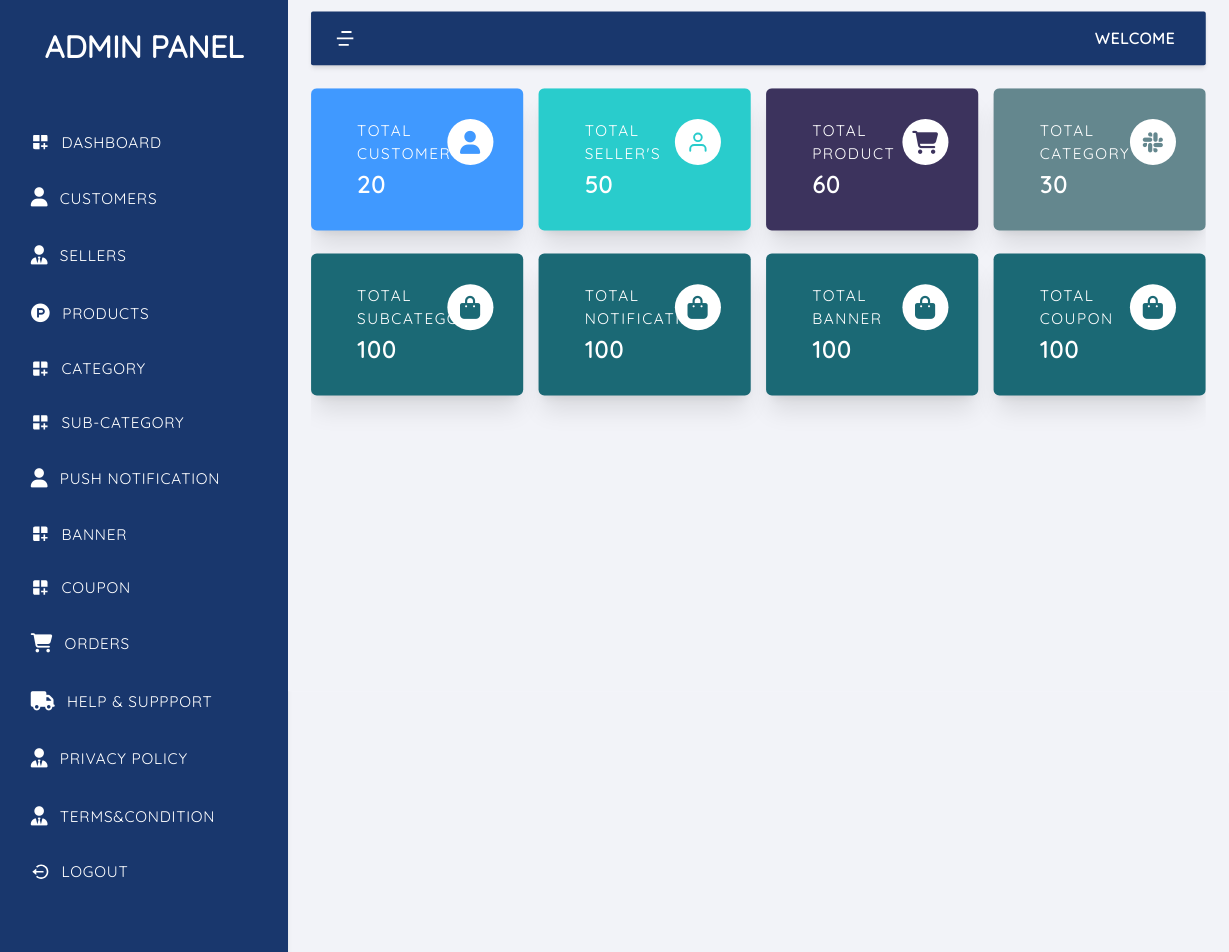
Repository: shishpal2000/admin.aschpro
Page: /dashboard
An editor plug-in stored every save of this project. The page is shown before and after a run of saves, followed by the edit.
The browser window is 1280 px wide. The pictures show the whole page, at 96% of full size.
Some web libraries are served in a nearby version. The project was rebuilt for these pictures with package versions that can differ from the ones it lists, and the page was loaded fresh each time. Also part of the build but not shown: src/E-CommerceAdmin/forms/Login.jsx, src/E-CommerceAdmin/pages/ECategory.js, src/E-CommerceAdmin/pages/EProduct.js, src/E-CommerceAdmin/pages/EVendorList.js, src/E-CommerceAdmin/pages/EAdminOrders.js, src/E-CommerceAdmin/pages/EAdminDelivery.js, src/E-CommerceAdmin/pages/EAdminCustomer.js, src/E-CommerceAdmin/pages/ESubCategory.js and 6 more. Imported but missing from the stored project, and not drawn on this page: src/E-CommerceAdmin/pages/Complaints, src/E-CommerceAdmin/pages/Component/SpinnerComp, src/E-CommerceAdmin/pages/EAdmin, src/E-CommerceAdmin/pages/EAdminProduct, src/E-CommerceAdmin/pages/ESingleProduct, src/E-CommerceAdmin/pages/GetMeThis, src/E-CommerceAdmin/pages/HelpSupport.

Above is the page before, as saved 2023-06-28 18:02:26.

### public/index.html
<!-- @format -->

<!DOCTYPE html>
<html lang="en">
  <head>
    <meta charset="utf-8" />
    <meta name="viewport" content="width=device-width, initial-scale=1" />
    <meta name="theme-color" content="#000000" />
    <meta
      name="description"
      content="Web site created using create-react-app"
    />
    <link rel="icon" href="%PUBLIC_URL%/favicon.png" />
    <link rel="manifest" href="%PUBLIC_URL%/manifest.json" />
    <link rel="preconnect" href="https://fonts.googleapis.com" />
    <link rel="preconnect" href="https://fonts.gstatic.com" crossorigin />
    <link
      href="https://fonts.googleapis.com/css2?family=Roboto+Mono:ital,wght@1,300&display=swap"
      rel="stylesheet"
    />
    <link rel="preconnect" href="https://fonts.googleapis.com">
<link rel="preconnect" href="https://fonts.gstatic.com" crossorigin>
<link href="https://fonts.googleapis.com/css2?family=Quicksand&display=swap" rel="stylesheet">
    <title>Subharambh</title>
  </head>
  <body>
    <noscript>You need to enable JavaScript to run this app.</noscript>
    <div id="root"></div>
    <script src="https://code.jquery.com/jquery-3.6.0.min.js"></script>
    <script
      src="https://kit.fontawesome.com/b533b351e4.js"
      crossorigin="anonymous"
    ></script>
    <script
      type="module"
      src="https://unpkg.com/ionicons@7.1.0/dist/ionicons/ionicons.esm.js"
    ></script>
    <script
      nomodule
      src="https://unpkg.com/ionicons@7.1.0/dist/ionicons/ionicons.js"
    ></script>
  </body>
</html>

### src/index.js
import React from "react";
import ReactDOM from "react-dom/client";
import "./index.css";
import App from "./App";
import { BrowserRouter } from "react-router-dom";
import 'bootstrap/dist/css/bootstrap.min.css'

const root = ReactDOM.createRoot(document.getElementById("root"));
root.render(
  <React.StrictMode>
    <BrowserRouter>
      <App />
    </BrowserRouter>
  </React.StrictMode>
);

### src/index.css
/** @format */

@tailwind base;
@tailwind components;
@tailwind utilities;

@import url("https://fonts.googleapis.com/css2?family=Roboto+Mono:ital,wght@1,300&display=swap");
@font-face {
  font-family: Roboto;
  src: url("./Fonts/Poppins-LightItalic.ttf");
}

body {
  margin: 0;
  font-family: Quicksand !important;
  -webkit-font-smoothing: antialiased;
  -moz-osx-font-smoothing: grayscale;
}

code {
  font-family: Quicksand !important;
}

html {
  font-family: Quicksand !important;
}

::-webkit-scrollbar {
  width: 10px;
}
.fa-trash {
  color: red;
  cursor: pointer;
}

.iCOn {
  transition: 0.5s;
  box-shadow: none;
  transform: scale(1);
}
.cardDiv {
  cursor: pointer;
}

.cardDiv:hover .iCOn {
  box-shadow: rgba(0, 0, 0, 0.35) 0px 5px 15px;
  transform: scale(1.3);
}

/* Track */
::-webkit-scrollbar-track {
  background: #f1f1f1;
}

/* Handle */
::-webkit-scrollbar-thumb {
  background: #888;
}

/* Handle on hover */
::-webkit-scrollbar-thumb:hover {
  background: #555;
}
.profileImage {
  width: 100px;
}
.fa-eye {
  color: #029aff;
  cursor: pointer;
}
.fa-edit {
  cursor: pointer;
  color: blue;
}

.View {
  border: 1px solid black;
  width: 100%;
  padding: 10px;
}

.main-card--container {
  display: grid;
  grid-template-columns: repeat(3, minmax(300px, 500px));
  grid-gap: 50px;
  justify-content: space-around;
}
.card-container {
  margin: 25px 0 auto;
  box-shadow: rgba(0, 0, 0, 0.35) 0px 5px 15px;
  position: relative;
  display: grid;
  grid-template-columns: 1fr;
  justify-content: space-around;
  align-items: flex-start;
}

.myEdit:focus {
  box-shadow: rgba(0, 0, 0, 0.35) 0px 5px 15px;
}

.AstroLogin {
  color: #fff;
  background-color: #2b7a8e;
  padding: 10px;
  width: 380px;
  text-align: center;
  font-size: 20px;
  background: linear-gradient(to left, #2b7a8e 50%, #fff 50%) right;
  background-size: 200%;
  transition: 0.5s ease-out;
  border: 1px solid #2b7a8e;
  margin-top: 10px;
  text-transform: uppercase;
}
.AstroLogin:hover {
  background-position: left;
  color: #2b7a8e;
}

.EcommerceAdminLogin {
  color: #fff;
  background-color: #19376d;
  padding: 10px;
  width: 380px;
  text-align: center;
  font-size: 20px;
  background: linear-gradient(to left, #19376d 50%, #fff 50%) right;
  background-size: 200%;
  transition: 0.5s ease-out;
  border: 1px solid #19376d;
  margin-top: 10px;
  text-transform: uppercase;
}

.EcommerceAdminLogin:hover {
  background-position: left;
  color: #19376d;
}
.EcommerceVendorLogin {
  color: #fff;
  background-color: #576cbc;
  padding: 10px;
  width: 380px;
  text-align: center;
  font-size: 20px;
  background: linear-gradient(to left, #576cbc 50%, #fff 50%) right;
  background-size: 200%;
  transition: 0.5s ease-out;
  border: 1px solid #576cbc;
  margin-top: 10px;
  text-transform: uppercase;
}

.EcommerceVendorLogin:hover {
  background-position: left;
  color: #576cbc;
}

.view {
  background-color: #2196f3;
  color: #fff;
  width: 50%;
  padding: 5px;
}

.two-sec {
  display: flex;
  justify-content: space-evenly;
  justify-content: space-evenly;
}
.two-sec .left {
  width: 60%;
  background-color: #f6f1ef;
  padding: 20px;
}
.two-sec .left .head {
  font-size: 25px;
  font-weight: bold;
}

.two-sec .right {
  width: 30%;
  background-color: #f6f1ef;
}

.searchDiv {
  width: 100%;
  display: flex;
  gap: 10px;
  border: 1px solid rgb(179, 179, 179);
  padding: 10px;
  margin-bottom: 20px;
  align-items: center;
}
.searchDiv input {
  width: 94%;
  outline: none;
  border: none;
}

.flexCont {
  display: flex;
  align-items: center;
  gap: 10px;
}
.flexCont img {
  width: 60px;
  background-color: #e9ecef;
}

.blockContent {
  display: block;
}
.blockContent p {
  margin: 0;
}

.checkBox {
  width: 50px;
  height: 25px;
  background-color: #e9ecef;
  border-radius: 50px;
  position: relative;
  cursor: pointer;
}
.checkBox span {
  width: 20px;
  height: 20px;
  border-radius: 100%;
  background-color: #fff;
  position: absolute;
  left: 5px;
  top: 2px;
}
.ActivecheckBox {
  width: 50px;
  height: 25px;
  background-color: #0d6efd;
  border-radius: 50px;
  position: relative;
  cursor: pointer;
}
.ActivecheckBox span {
  width: 20px;
  height: 20px;
  border-radius: 100%;
  background-color: #fff;
  position: absolute;
  right: 5px;
  top: 2px;
}

.fa-eye {
  color: #0cba73;
  text-align: center;
}

.fa-pen-to-square {
  color: #f4c39c;
  text-align: center;
  cursor: pointer;
}
.fa-trash {
  color: #df939f;
  text-align: center;
}

.required {
  color: #e74260;
}

.headP {
  margin-left: 2%;
  color: #7b7c7d;
}
.headP a{
  color: #7b7c7d;
}
.filterBox {
  display: flex;
  align-items: center;
  gap: 10px;
  border-bottom: 1px solid #d4d7dc;
  padding-bottom: 20px;
  margin-bottom: 20px;
}
.filterBox img {
  width: 30px;
}
.filterBox input {
  width: 100%;
  border: 1px solid #d4d7dc;
  outline: none;
  padding: 5px;
  color: black;
}
.sectionCont {
  width: 98%;
  background-color: #fff;
  margin-left: 2%;
  padding: 20px;
}

.overFlowCont {
  width: 100%;
  overflow-x: auto;
}

.logo {
  width: auto;
  margin-bottom: 20px;
}

.updateProfile {
  margin-left: 20px;
  border: 1px solid #fff;
  border-radius: 100%;
  font-size: 1.2rem;
  padding: 10px;
  transition: 0.5s;
  cursor: pointer;
}
.updateProfile:hover {
  border: 1px solid #19376d;
  color: #19376d;
  background-color: #fff;
}

.Normalbtn {
  background-color: #19376d !important;
  border: 1px solid #19376d !important;
  border-radius: 0px !important;
}

.ImageCarousel {
  width: 150px !important;
  margin: 0px !important;
  height: 150px !important;
}
.CarouselImages {
  width: 150px !important;
  height: 150px !important;
}
.CarouselImages img {
  width: 100% !important;
  height: 100% !important;
}

.ModalCarousel {
  width: 100% !important;
  height: 500px !important;
}
.ModalCarousel {
  width: 100% !important;
  height: 500px !important;
}
.ModalCarousel img {
  width: 100% !important;
  height: 500px !important;
}

.gridCont {
  display: grid;
  grid-template-columns: auto auto auto;
  justify-content: space-evenly;
}
.gridCont div {
  width: 400px;
  height: 100%;
  box-shadow: rgba(0, 0, 0, 0.35) 0px 5px 15px;
  padding: 10px;
  margin-top: 20px;
  display: flex;
  justify-content: space-between;
  flex-direction: column;
}
.gridCont div img {
  width: 100%;
}
.delete-Btn {
  width: 90%;
  margin-left: 5%;
  color: #c44b3f;
  border: 1px solid #c44b3f;
  transition: 0.5s;
  padding: 10px;

}

.delete-Btn:hover {
  background-color: #c44b3f;
  color: #fff;
}

.BannerCarousel {
  width: 300px;
  margin: 0px !important;
}
.BannerCarouselImage {
  width: 300px;
}
.BannerCarouselImage img {
  width: 100%;
}

.pagination {
  display: flex;
  justify-content: center;
  align-items: center;
  gap: 10px;
  margin-bottom: 20px;
}
.pagination button {
  border: 1px solid black;
  padding: 10px;
}

.activePage {
  background-color: #19376d;
  color: #fff;
  border: 1px solid #19376d !important;
}

.active {
  background-color: #fff;
  color: #19376d !important;
}
.prevBtn {
  background-color: #fff;
  color: #19376d;
  border: 1px solid #19376d !important;
  transition: 0.5s;
}

.prevBtn:hover,
.prevBtn:focus,
.prevBtn:active {
  background-color: #19376d;
  color: #fff;
  border: 1px solid #19376d !important;
}
.nextBtn {
  background-color: #fff;
  color: #19376d;
  border: 1px solid #19376d !important;
  transition: 0.5s;
}

.nextBtn:hover,
.nextBtn:focus,
.nextBtn:active {
  background-color: #19376d;
  color: #fff;
  border: 1px solid #19376d !important;
}

.dangerBox {
  position: relative;
}
.dangerBox i {
  position: absolute;
  top: 50%;
  left: 90%;
  transform: translate(-50%, -50%);
  cursor: pointer;
}

.fa-ellipsis-vertical {
  cursor: pointer;
}

.two_Sec_Div {
  display: flex;
  align-items: center;
  gap: 10px;
}
.two_Sec_Div a {
  color: #000;
  text-decoration: none;
}
.two_Sec_Div p {
  margin: 0;
  font-family: Quicksand;
  font-weight: 600;
  font-size: 16px;
}
.Detail_Section {
  display: flex;
  justify-content: space-evenly;
  gap: 20px;
}
.Detail_Section .Left_Cont {
  width: 30%;
}
.Detail_Section .Left_Cont img {
  display: block;
  margin: auto;
}
.Detail_Section .right_Cont {
  width: 60%;
}
.Detail_Section .right_Cont .Head {
  text-transform: capitalize;
  font-weight: 700;
}
.Detail_Section .right_Cont .Rating {
  display: flex;
  gap: 10px;
  align-items: center;
}
.Detail_Section .right_Cont .Rating .rat {
  font-weight: 600;
  color: #555;
}
.Detail_Section .right_Cont .two_Sec{
  display: flex;
  gap: 20px;
  align-items: center;
}
.Detail_Section .right_Cont .two_Sec .first{
  font-size: 25px;
  font-weight: 800;
}
.Detail_Section .right_Cont .two_Sec .second{
  font-size: 16px;
  text-decoration: line-through;
  font-weight: 600;
  color: #7b7c7d;

}
.Detail_Section .right_Cont ul{
  list-style-type: disc;
}

### src/E-CommerceAdmin/pages/Dashboard.jsx
/** @format */

import React, { useEffect, useState } from "react";
import { FiUser } from "react-icons/fi";
import HOC from "../layout/HOC";
import { useNavigate } from "react-router-dom";

const Dashboard = () => {
  const navigate = useNavigate();




  const card = [
    {
      progress: "bg-green-400",
      title: "Total Customer's",
      number: 20,
      icon: (
        <i
          className="fa-solid fa-user text-2xl"
          style={{ color: "#4099ff" }}
        ></i>
      ),
      bg: "#4099ff",
      link: "/Customer",
    },
    {
      progress: "bg-green-400",
      title: "Total Seller's",
      number: 50,
      icon: <FiUser className="text-2xl text-[#29cccc]" />,
      bg: "#29cccc",
      link: "/Admin",
    },
    {
      progress: "bg-green-400",
      title: "total Product",
      number: 60,
      icon: <i class="fa-solid fa-cart-shopping text-2xl text-[#3c335d]"></i>,
      bg: "#3c335d",
      link: "/Product",
    },
    {
      progress: "bg-green-400",
      title: "total category",
      number: 30,
      icon: <i className=" fa-brands fa-slack text-2xl text-[#64878e]"></i>,
      bg: "#64878e",
      link: "/Category",
    },

    {
      progress: "bg-green-400",
      title: "total subcategory",
      number: 100,
      icon: (
        <i className=" fa-solid fa-bag-shopping text-2xl text-[#1b6975]"></i>
      ),
      bg: "#1b6975",
      link: "/Orders",
    },

    {
      progress: "bg-green-400",
      title: "total Notification",
      number: 100,
      icon: (
        <i className=" fa-solid fa-bag-shopping text-2xl text-[#1b6975]"></i>
      ),
      bg: "#1b6975",
      link: "/Orders",
    },

    {
      progress: "bg-green-400",
      title: "total Banner",
      number: 100,
      icon: (
        <i className=" fa-solid fa-bag-shopping text-2xl text-[#1b6975]"></i>
      ),
      bg: "#1b6975",
      link: "/Orders",
    },

    {
      progress: "bg-green-400",
      title: "total Coupon",
      number: 100,
      icon: (
        <i className=" fa-solid fa-bag-shopping text-2xl text-[#1b6975]"></i>
      ),
      bg: "#1b6975",
      link: "/Orders",
    },
  ];
  return (
    <>
      <section className="grid md:grid-cols-4 grid-cols-2 gap-y-6 gap-x-4">
        {card.map((card, index) => {
          return (
            <div
              className="px-5 py-8 bg-slate-200 space-y-2 shadow-xl flex flex-col  rounded-md cardDiv"
              key={index}
              style={{
                backgroundColor: `${card.bg}`,
                textTransform: "uppercase",
              }}
              onClick={() => navigate(`${card.link}`)}
            >
              <div className="grid  justify-between grid-cols-4">
                <div className="flex flex-col col-span-3 space-y-1">
                  <span
                    className="tracking-widest text-gray-900"
                    style={{ color: "#fff" }}
                  >
                    {card.title}
                  </span>
                  <span
                    className="tracking-wider text-gray-700 text-xl md:text-2xl font-semibold"
                    style={{ color: "#fff" }}
                  >
                    {card.number}
                  </span>
                </div>
                <div className="flex rounded-full w-10 h-10 sm:w-12 sm:h-12 bg-white justify-center items-center iCOn">
                  {card.icon}
                </div>
              </div>
            </div>
          );
        })}
      </section>
    </>
  );
};

export default HOC(Dashboard);

### src/E-CommerceAdmin/layout/HOC.jsx
/** @format */

import React, { useState } from "react";
import Navbar from "./Navbar";
import Sidebar from "./Sidebar";

const HOC = (Wcomponenet) => {
  return function Component() {
    const [hamb, setHamb] = useState(false);
    return (
      <>
        <section
          className="flex overflow-x-hidden relative "
          style={{ backgroundColor: "#f2f3f8" }}
        >
          {/* Sidebar */}
          <div
            className={
              hamb
                ? " absolute top-0 z-30 md:w-auto shadow-md bg-slate-200  w-60 transition-all md:-left-full left duration-150  h-auto overflow-y-auto  left-0 "
                : " md:w-72 z-30 bg-slate-200  shadow-md  md:static absolute top-0 -left-full   transition-all duration-150  overflow-y-auto h-auto"
            }
            style={{ minWidth: "300px" }}
          >
            <Sidebar hamb={hamb} setHamb={setHamb} />
          </div>
          {/* Components & Navbar */}
          <div
            className={
              hamb
                ? " transition-all px-4 py-2  duration-150 w-full h-screen"
                : " w-full h-screen  px-4 py-2   z-50 transition-all duration-150 "
            }
            style={{ backgroundColor: "#f2f3f8" }}
          >
            <Navbar hamb={hamb} setHamb={setHamb} />
            <div className="my-6 text-#000 h-[87%] wcomp overflow-y-auto">
              {" "}
              <Wcomponenet />
            </div>
          </div>
        </section>
      </>
    );
  };
};

export default HOC;

### src/E-CommerceAdmin/layout/Navbar.jsx
/** @format */

import { RiMenu4Line } from "react-icons/ri";

const Navbar = ({ hamb, setHamb }) => {
  const AdminName = localStorage.getItem("AdminName")
  return (
    <>
      <div
        className={
          hamb
            ? "flex  w-full justify-between  my-1 rounded-sm  p-4 py-3 shadow-md items-center  bg-slate-200 space-x-4"
            : "flex  w-full justify-between my-1 rounded-sm  p-4 py-3 shadow-md items-center  bg-slate-200 space-x-4"
        }
        style={{ backgroundColor: "#19376d" }}
      >
        <RiMenu4Line
          onClick={() => setHamb(!hamb)}
          className="text-2xl font-bold text-gray-900 hover:scale-90 cursor-pointer"
          style={{ color: "#fff" }}
        />

        <section className="flex sm:ml-auto justify-end sm:w-full items-center space-x-2  pr-2">
          <figcaption className="tracking-wider pl-1 font-semibold">
            <div
              className="lg:text-base text-sm text-gray-900  uppercase"
              style={{ color: "#fff" }}
            >
              Welcome {AdminName}
            </div>
          </figcaption>
        </section>
      </div>
    </>
  );
};

export default Navbar;

### src/E-CommerceAdmin/layout/Sidebar.jsx
/** @format */

import React from "react";
import { RiCloseLine } from "react-icons/ri";
import { Link, useNavigate } from "react-router-dom";
import { BiLogOutCircle } from "react-icons/bi";
import { MdDashboardCustomize } from "react-icons/md";

const Sidebar = ({ hamb, setHamb }) => {
  const navigate = useNavigate();

  const nav = [
    {
      icon: <MdDashboardCustomize className="text-xl mr-3 rounded-full " />,
      link: "/dashboard ",
      name: "Dashboard",
    },

    {
      icon: (
        <i className="fa-solid fa-user text-xl mr-3 rounded-full"></i>
      ),
      link: "/Customer",
      name: "Customers",
    },
    {
      icon: <i className="fa-solid fa-user-tie text-xl mr-3 rounded-full"></i>,
      link: "/VendorList",
      name: "Sellers",
    },
    {
      icon: (
    <i className="fa-brands fa-product-hunt text-xl mr-3 rounded-full"></i>
      ),
      link: "/Product",
      name: "Products",
    },
    {
      icon: <MdDashboardCustomize className="text-xl mr-3 rounded-full " />,
      link: "/Category",
      name: "Category",
    },

    {
      icon: <MdDashboardCustomize className="text-xl mr-3 rounded-full " />,
      link: "/SubCategory",
      name: "Sub-Category",
    },
    {
      icon: <i className="fa-solid fa-user text-xl mr-3 rounded-full"></i>,
      link: "/pushNotification",
      name: "Push Notification",
    },

    {
      icon: <MdDashboardCustomize className="text-xl mr-3 rounded-full " />,
      link: "/banner",
      name: "Banner",
    },
    {
      icon: <MdDashboardCustomize className="text-xl mr-3 rounded-full " />,
      link: "/coupon",
      name: "Coupon",
    },

    {
      icon: (
        <i className="fa-solid fa-cart-shopping text-xl mr-3 rounded-full"></i>
      ),
      link: "/Orders",
      name: "Orders",
    },

    {
      icon: <i className="fa-solid fa-truck  text-xl mr-3 rounded-full"></i>,
      link: "/Support",
      name: "Help & Suppport",
    },


    {
      icon: <i className="fa-solid fa-user-tie text-xl mr-3 rounded-full"></i>,
      link: "/privacy",
      name: "Privacy Policy",
    },
    {
      icon: <i className="fa-solid fa-user-tie text-xl mr-3 rounded-full"></i>,
      link: "/terms",
      name: "Terms&Condition",
    }
  ];

  const logOut = () => {
    localStorage.clear()
    navigate("/");
  };

  return (
    <>
      <aside
        className="p-4 h-auto"
        style={{ backgroundColor: "#19376d", minHeight: "100vh" }}
      >
        {/* Top */}
        <div className="w-full md:hidden relative  p-2 mb-4">
          <RiCloseLine
            onClick={() => setHamb(!hamb)}
            className="text-3xl  absolute top-2 sm:hover:rotate-[228deg] transition-transform font-bold right-2 sm:hover:text-[22px] text-[rgb(241,146,46)] cursor-pointer"
          />
        </div>{" "}
        <figure className="flex  flex-col items-center">
          <span
            className="font-bold text-[#fff]"
            style={{
              fontSize: "2rem",
              textAlign: "center",
              textTransform: "uppercase",
            }}
          >
            {" "}
            ADMIN PANEL
          </span>
        </figure>
        <nav className="py-6">
          {nav.map((nav) => {
            return (
              <Link
                to={nav.link}
                key={nav.name}
                className=""
                style={{ textDecoration: "none", textTransform: "uppercase" }}
              >
                <span
                  className="flex my-3 items-center cursor-pointer text-gray-900    tracking-wider p-2 rounded-sm"
                  style={{ color: "#FFF" }}
                >
                  {nav.icon} {nav.name}
                </span>
              </Link>
            );
          })}
          <span
            className="flex my-3 items-center cursor-pointer text-gray-900    tracking-wider p-2 rounded-sm"
            onClick={() => logOut()}
            style={{ color: "#FFF", textTransform: "uppercase" }}
          >
            <BiLogOutCircle className="text-xl mr-3 rounded-full " /> LogOut
          </span>
        </nav>
      </aside>
    </>
  );
};

export default Sidebar;

Loaded but not shown: tailwind.config.js (common file); src/App.js (54 lines, source omitted)

After the next 2 saves:
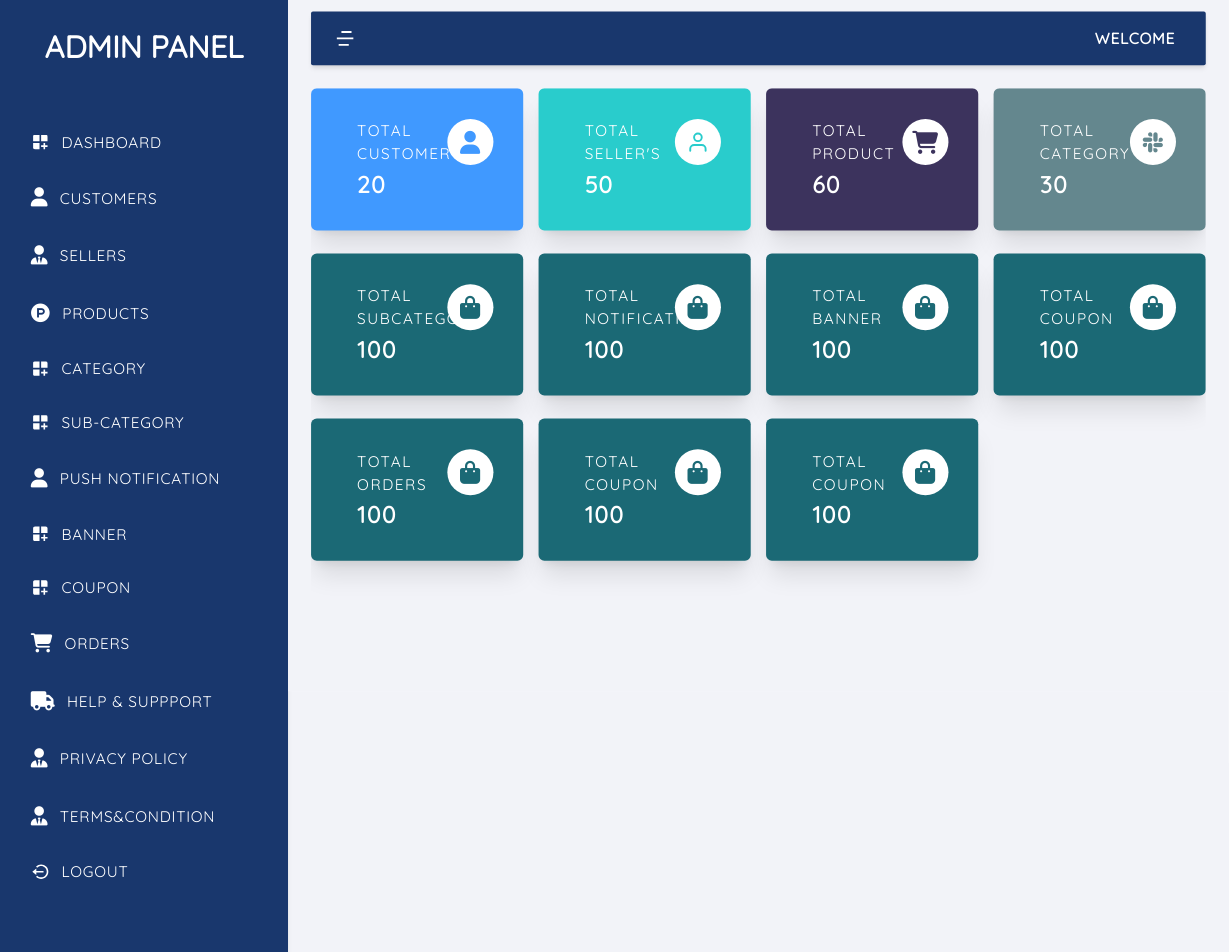
The 2 saves are shown as one change because they came seconds apart.
The last was saved 8 s later.
--- a/src/E-CommerceAdmin/pages/Dashboard.jsx
+++ b/src/E-CommerceAdmin/pages/Dashboard.jsx
@@ -93,6 +93,36 @@ const Dashboard = () => {
       bg: "#1b6975",
       link: "/Orders",
     },
+    {
+      progress: "bg-green-400",
+      title: "total Orders",
+      number: 100,
+      icon: (
+        <i className=" fa-solid fa-bag-shopping text-2xl text-[#1b6975]"></i>
+      ),
+      bg: "#1b6975",
+      link: "/Orders",
+    },
+    {
+      progress: "bg-green-400",
+      title: "total Coupon",
+      number: 100,
+      icon: (
+        <i className=" fa-solid fa-bag-shopping text-2xl text-[#1b6975]"></i>
+      ),
+      bg: "#1b6975",
+      link: "/Orders",
+    },
+    {
+      progress: "bg-green-400",
+      title: "total Coupon",
+      number: 100,
+      icon: (
+        <i className=" fa-solid fa-bag-shopping text-2xl text-[#1b6975]"></i>
+      ),
+      bg: "#1b6975",
+      link: "/Orders",
+    },
   ];
   return (
     <>
